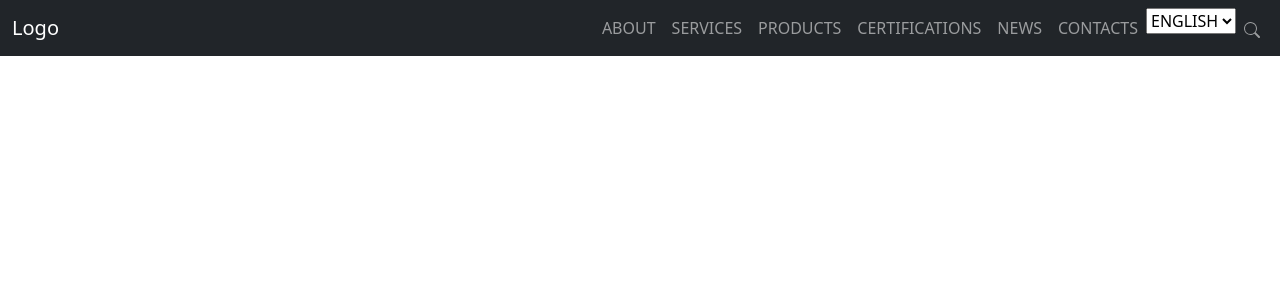
Repository: nourHellani/Buckler
Page: index.html
The author's editor kept a copy of each file at every save. The page is drawn from the files as they stood at one save, then again after the next save.
The browser window is 1280 px wide. The pictures show the whole page.

Above is the page before, as saved 2023-02-13 11:25:17.

After the next save:
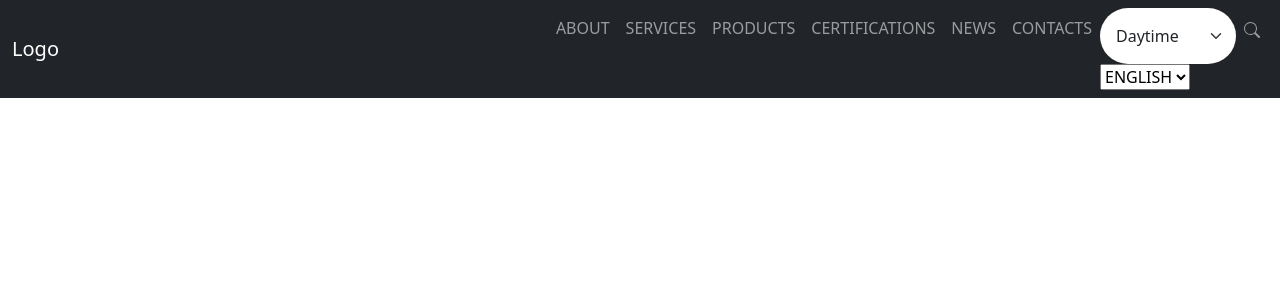
Saved 6 min 15 s later.
--- a/index.html
+++ b/index.html
@@ -40,6 +40,11 @@
                         <a class="nav-link" href="javascript:void(0)">CONTACTS</a>
                       </li>
                       <li class="nav-item ">
+                        <select class="form-select rounded-pill border-0  w-100 p-3 pe-5" aria-label="Default select example">
+                            <option selected>Daytime</option>
+                            <option value="1">Daytime.</option>
+                            <option value="2">Daytime..</option>
+                            </select>
                         <select >
                             <option>ENGLISH</option>
                             <option>ARABIC</option>
